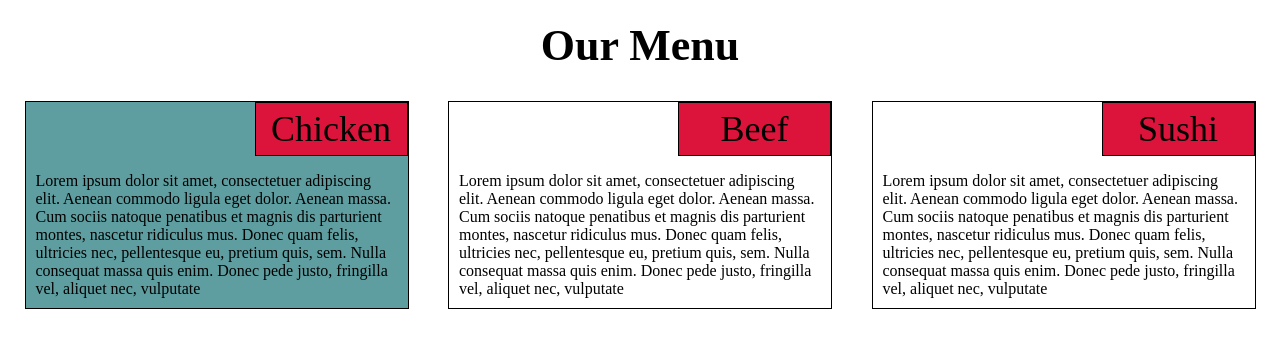
Repository: Normandy72/module2-solution
Page: index.html
An editor plug-in stored every save of this project. The page is shown before and after the next save, followed by the edit.
The browser window is 1280 px wide. The pictures show the whole page.
Some web fonts or font styles are not loaded; a fallback is used.

Above is the page before, as saved 2022-12-05 15:13:24.

After the next save:
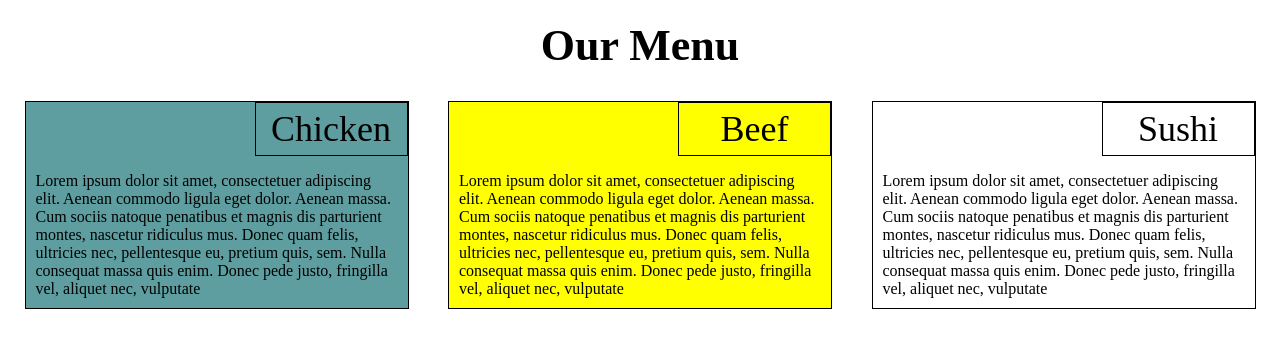
Saved 48 s later.
--- a/styles/style.css
+++ b/styles/style.css
@@ -47,6 +47,6 @@ h1{
     background-color: cadetblue;
 }
 
-.card__name:nth-child(1){
-    background-color: crimson;
+.card:nth-child(2){
+    background-color: yellow;
 }
